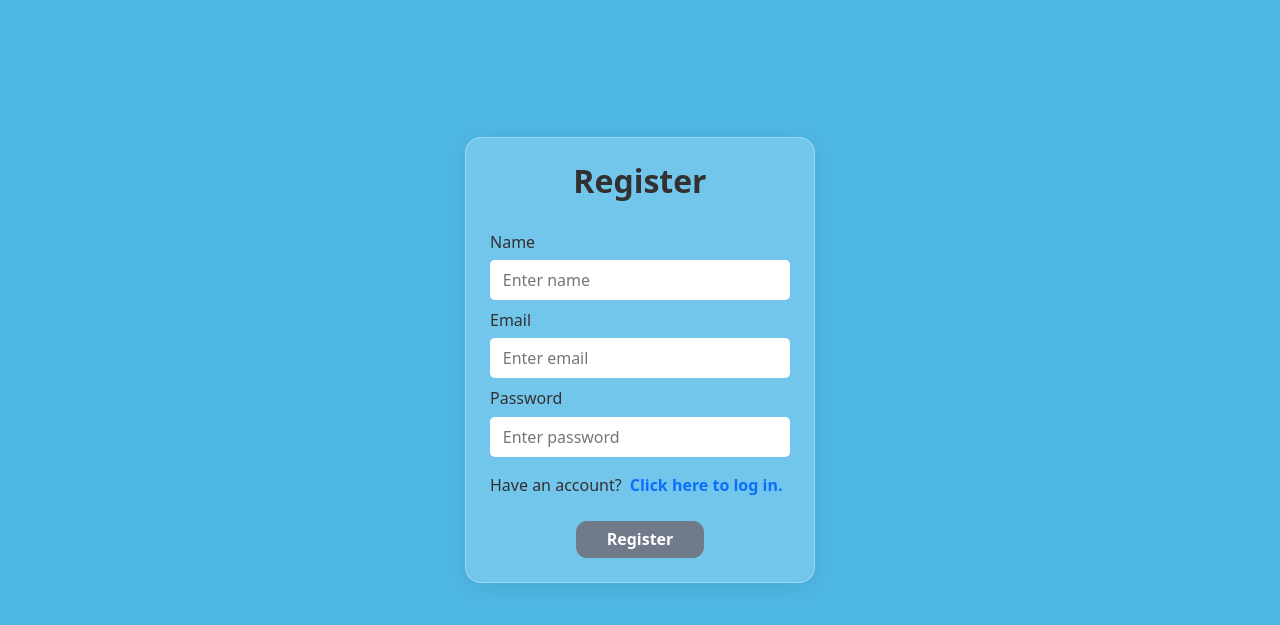
Repository: manish201258/WebChatApplication
Page: /register (app in frontend/)
The author's editor kept a copy of each file at every save. The page is drawn from the files as they stood at one save, then again after a run of saves.
The browser window is 1280 px wide. The pictures show the whole page.
Some web libraries are served in a nearby version. The project was rebuilt for these pictures with package versions that can differ from the ones it lists, and the page was loaded fresh each time. Also part of the build but not shown: frontend/vite.config.js, frontend/src/components/miscellaneous/ChatContact.jsx, frontend/src/components/miscellaneous/ChatBox.jsx, frontend/src/components/miscellaneous/ChatWindow.jsx, frontend/src/components/miscellaneous/ChatPage.jsx, frontend/src/components/authencation/UserLogin.jsx.

Above is the page before, as saved 2024-12-13 21:27:46.

After the next 2 saves:
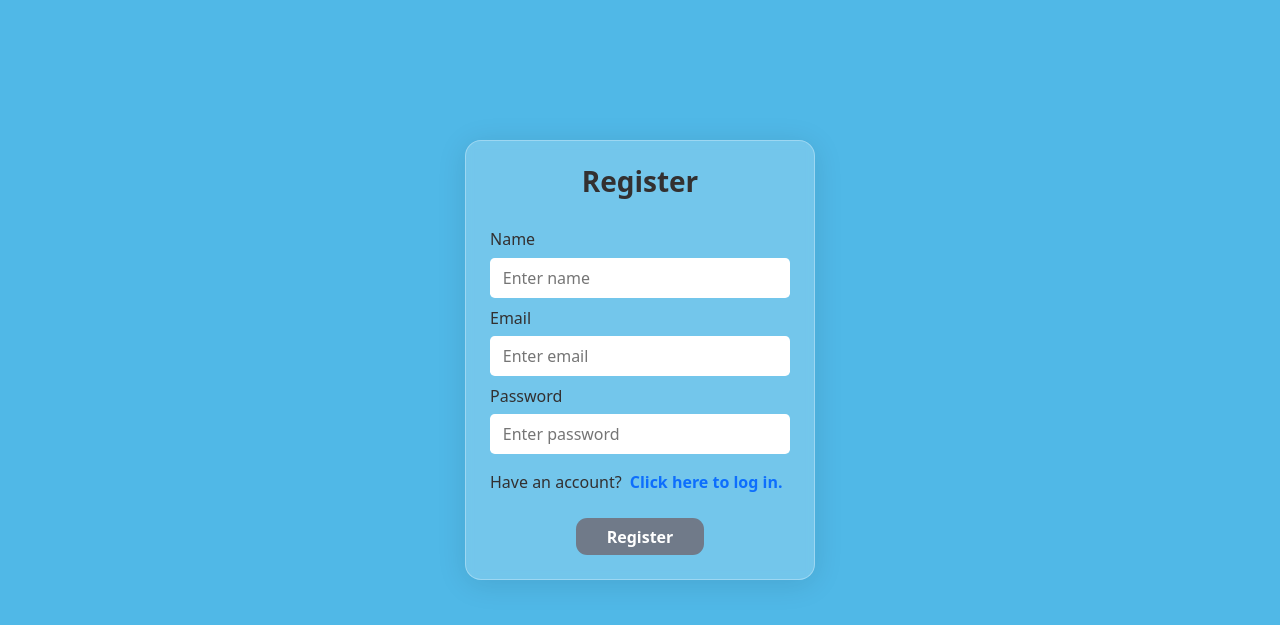
The 2 saves are shown as one change because they came seconds apart.
The last was saved 96 s later.
--- a/frontend/src/components/authencation/UserRegister.jsx
+++ b/frontend/src/components/authencation/UserRegister.jsx
@@ -34,7 +34,7 @@ const UserRegister = () => {
   return (
     <div className="register-container">
       <div className='formstart'>
-      <h2 className='fw-bold'>Register</h2>
+      <h3 className='fw-bold'>Register</h3>
       <form onSubmit={handleSubmit}>
         <div className="form-group">
           <label htmlFor="username">Name</label>
